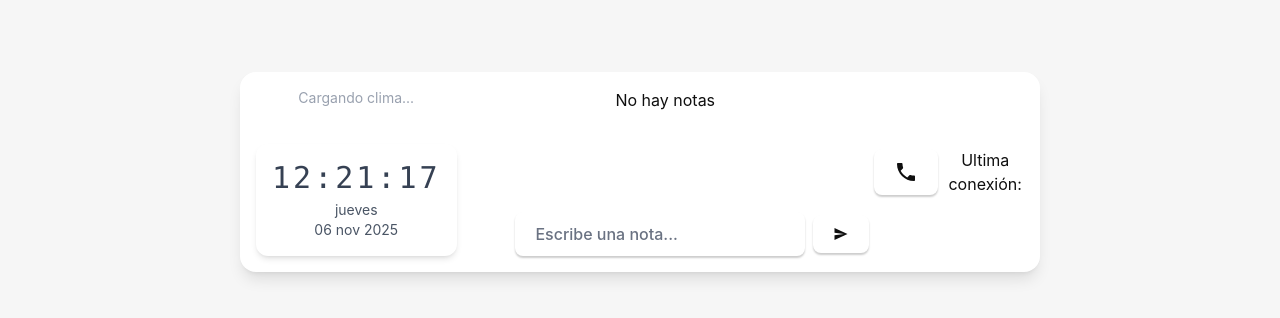
Repository: CodeByEvans/my-romantic-widget
Page: /
These files come from the project's save history. The page is drawn as it stood at one moment and after the next save; the edit follows.
The browser window is 1280 px wide. The pictures show the whole page.
The page's requests for data from a server got no answer. The project was rebuilt for these pictures with package versions that can differ from the ones it lists, and the page was loaded fresh each time. No one was signed in, and anything a server would have sent is missing. Also part of the build but not shown: vite.config.ts.

Above is the page before, as saved 2025-11-06 12:44:41.

After the next save:
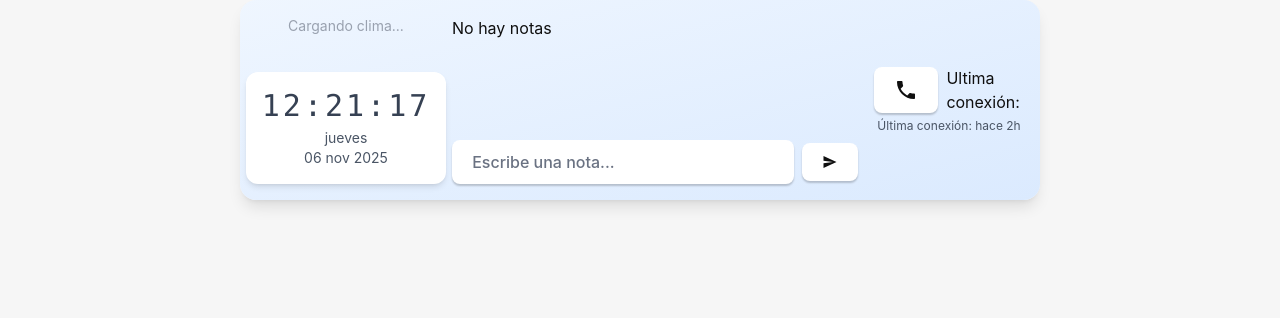
Saved 2 min 16 s later.
--- a/src/App.tsx
+++ b/src/App.tsx
@@ -1,27 +1,29 @@
 import "./App.css";
-import CallButton from "./components/CallButton";
 import { Clock } from "./components/Clock";
+import { WeatherWidget } from "./components/WeatherWidget";
+import { NotesList } from "./components/NotesList";
 import { NoteInput } from "./components/NoteInput";
-import { NotesList } from "./components/NotesList";
-import { WeatherWidget } from "./components/WeatherWidget";
+import { CallButton } from "./components/CallButton";
 
 function App() {
   return (
-    <main className="container mx-auto p-4">
-      <section className="flex flex-row items-center justify-between gap-4 w-[800px] h-[200px] mx-auto bg-white bg-opacity-20 backdrop-blur-md rounded-2xl shadow-lg p-4">
-        <div className="flex flex-col justify-between h-full">
-          <WeatherWidget />
-          <Clock />
-        </div>
+    <main className="w-[800px] h-[200px] mx-auto flex items-center justify-between gap-4 bg-gradient-to-br from-blue-50 to-blue-100 rounded-2xl shadow-lg p-4 backdrop-blur-md">
+      {/* Clima y reloj */}
+      <section className="flex flex-col justify-between items-center h-full w-[180px]">
+        <WeatherWidget />
+        <Clock />
+      </section>
 
-        <div className="flex flex-col justify-between h-full w-[300px]">
-          <NotesList />
-          <NoteInput />
-        </div>
+      {/* Notas + input */}
+      <section className="flex flex-col justify-between h-full flex-1">
+        <NotesList />
+        <NoteInput />
+      </section>
 
-        <div className="flex flex-col justify-center items-center h-full w-[150px]">
-          <CallButton />
-        </div>
+      {/* Botón de llamada */}
+      <section className="flex flex-col justify-center items-center h-full w-[150px]">
+        <CallButton />
+        <p className="text-xs text-gray-600 mt-1">Última conexión: hace 2h</p>
       </section>
     </main>
   );
